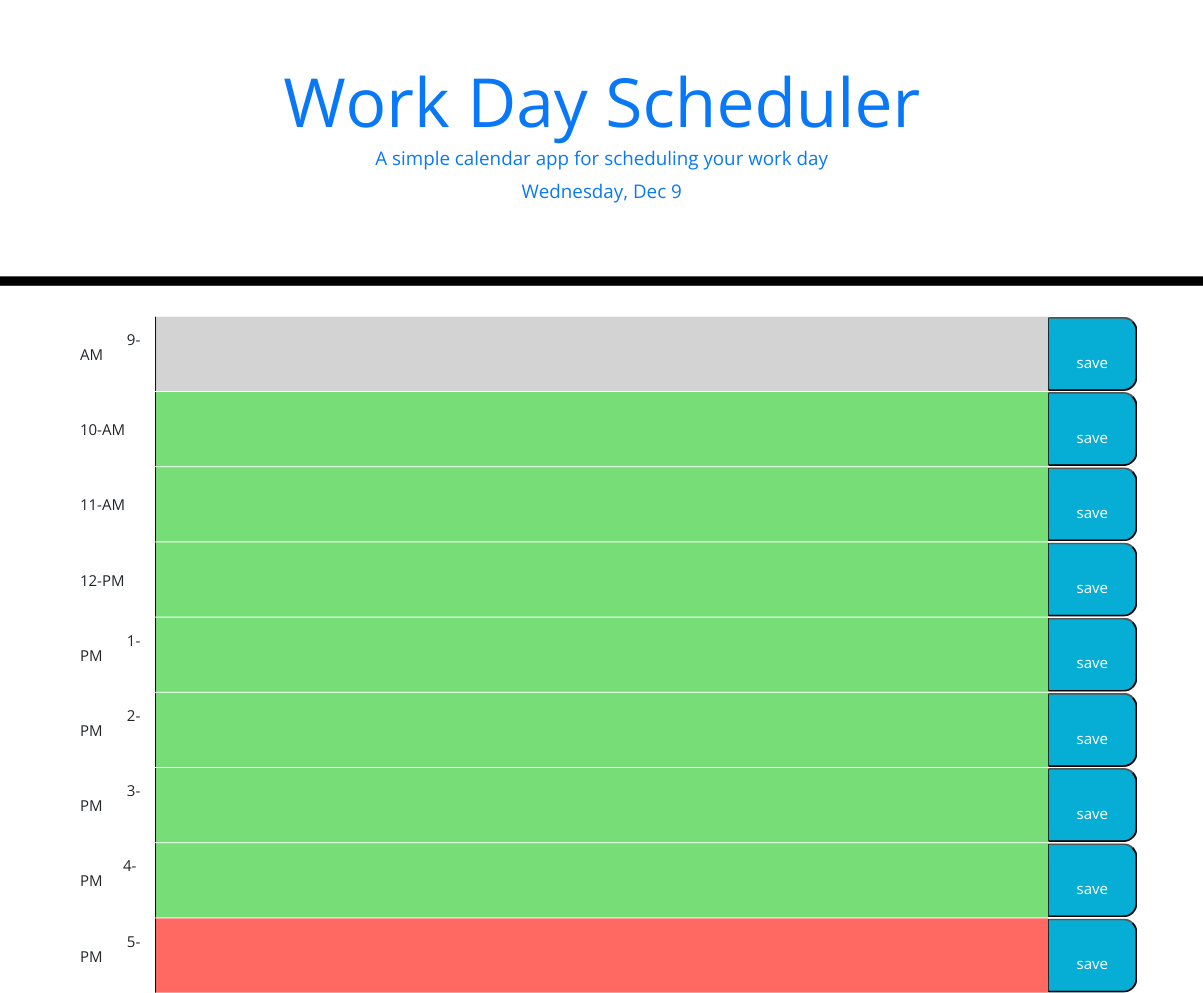
Repository: Mf948/DailyPlannerJS
Page: Develop/index.html
An editor plug-in stored every save of this project. The page is shown before and after the next save, followed by the edit.
The browser window is 1280 px wide. The pictures show the whole page, at 94% of full size.
Some web libraries are served in a nearby version.

Above is the page before, as saved 2020-12-09 21:43:12.

After the next save:
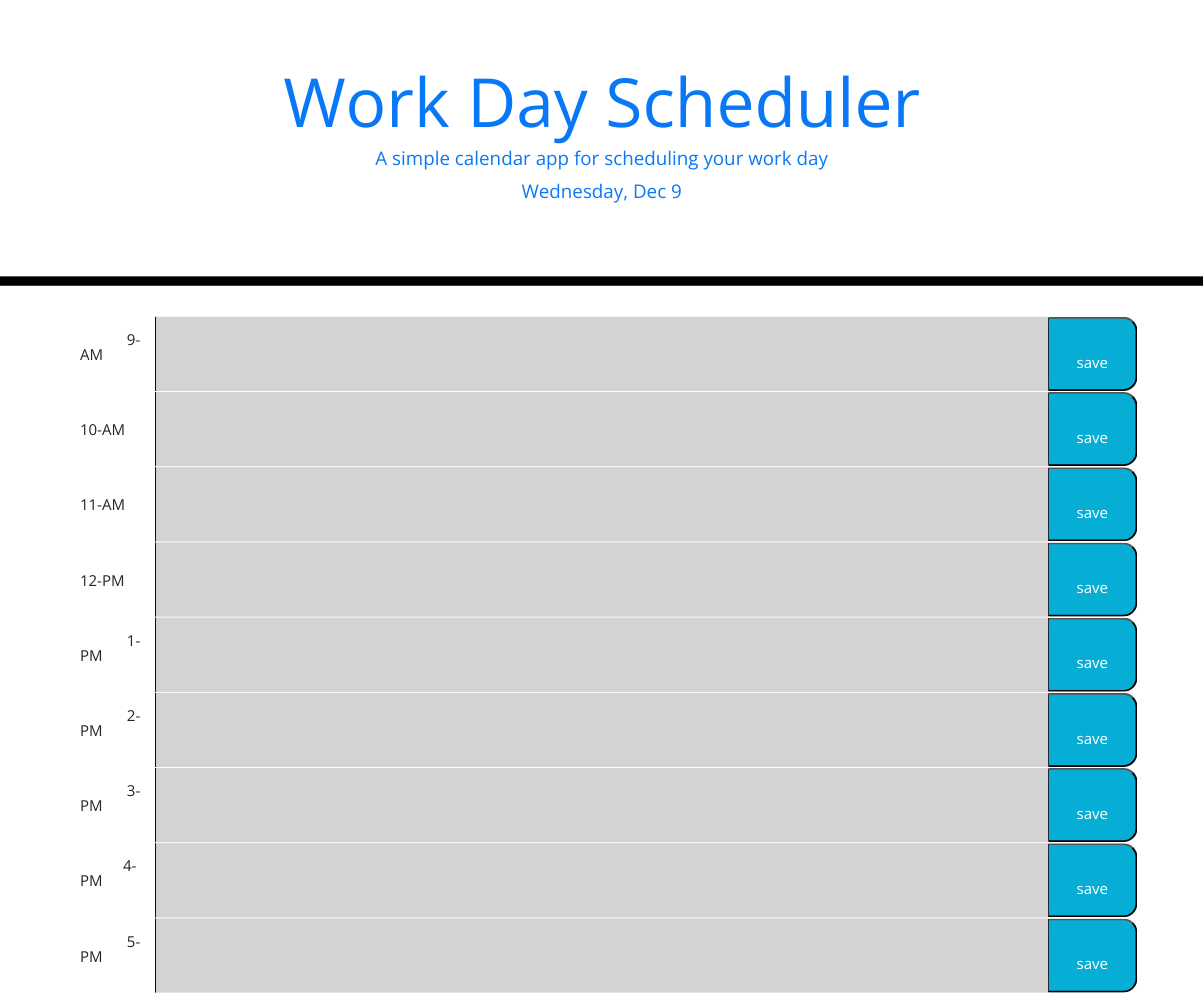
Saved 85 min 28 s later.
--- a/Develop/script.js
+++ b/Develop/script.js
@@ -5,7 +5,7 @@
     console.log('current hour',dayjs().format('h'))
 
     function time (){
-        var dayjshour = dayjs().format("h")
+        var dayjshour = dayjs().format("hh")
         if (dayjshour < 5 ) {
 
         }

After the save that followed:
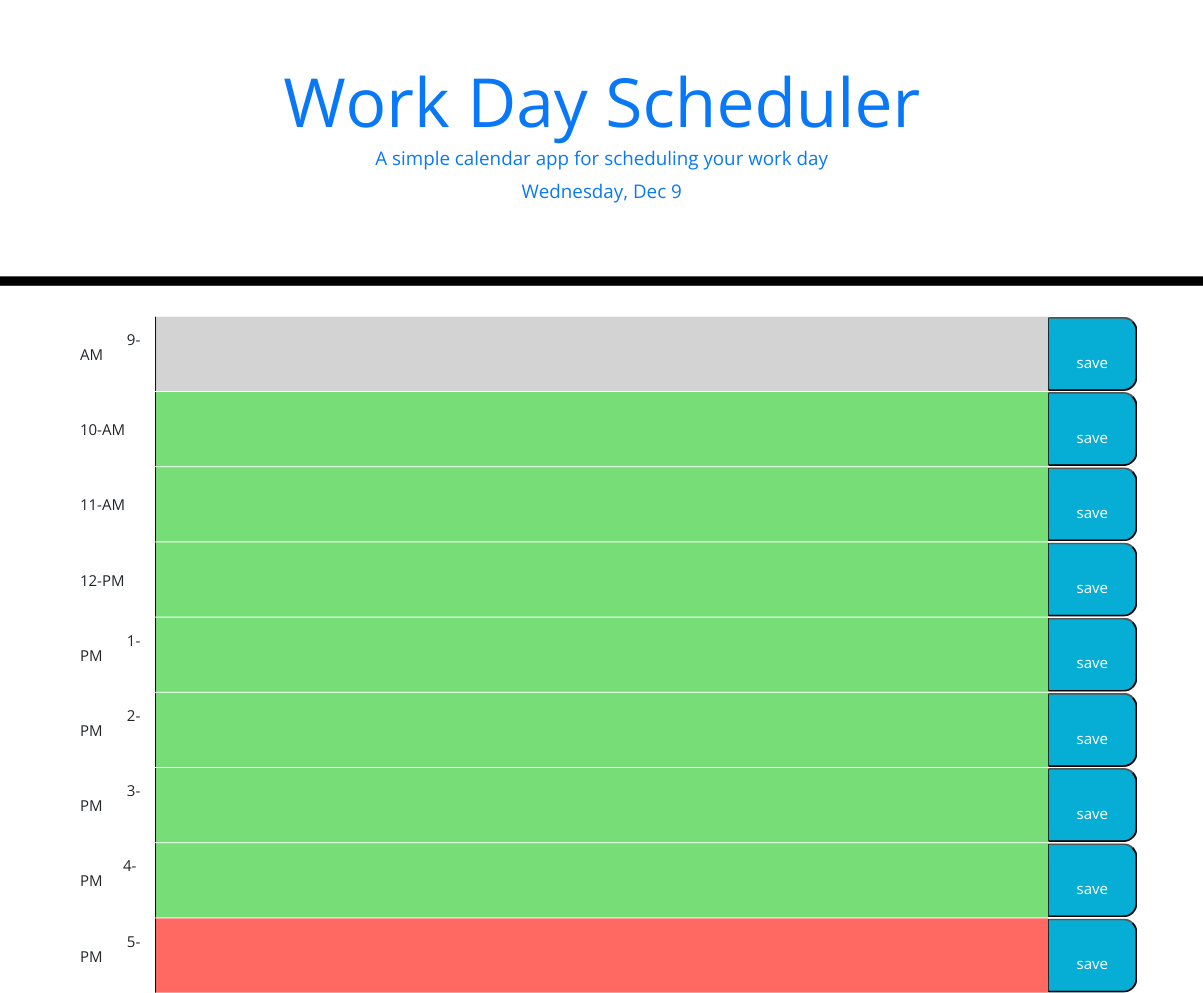
Saved 25 s later.
--- a/Develop/script.js
+++ b/Develop/script.js
@@ -5,7 +5,7 @@
     console.log('current hour',dayjs().format('h'))
 
     function time (){
-        var dayjshour = dayjs().format("hh")
+        var dayjshour = dayjs().format("h")
         if (dayjshour < 5 ) {
 
         }
